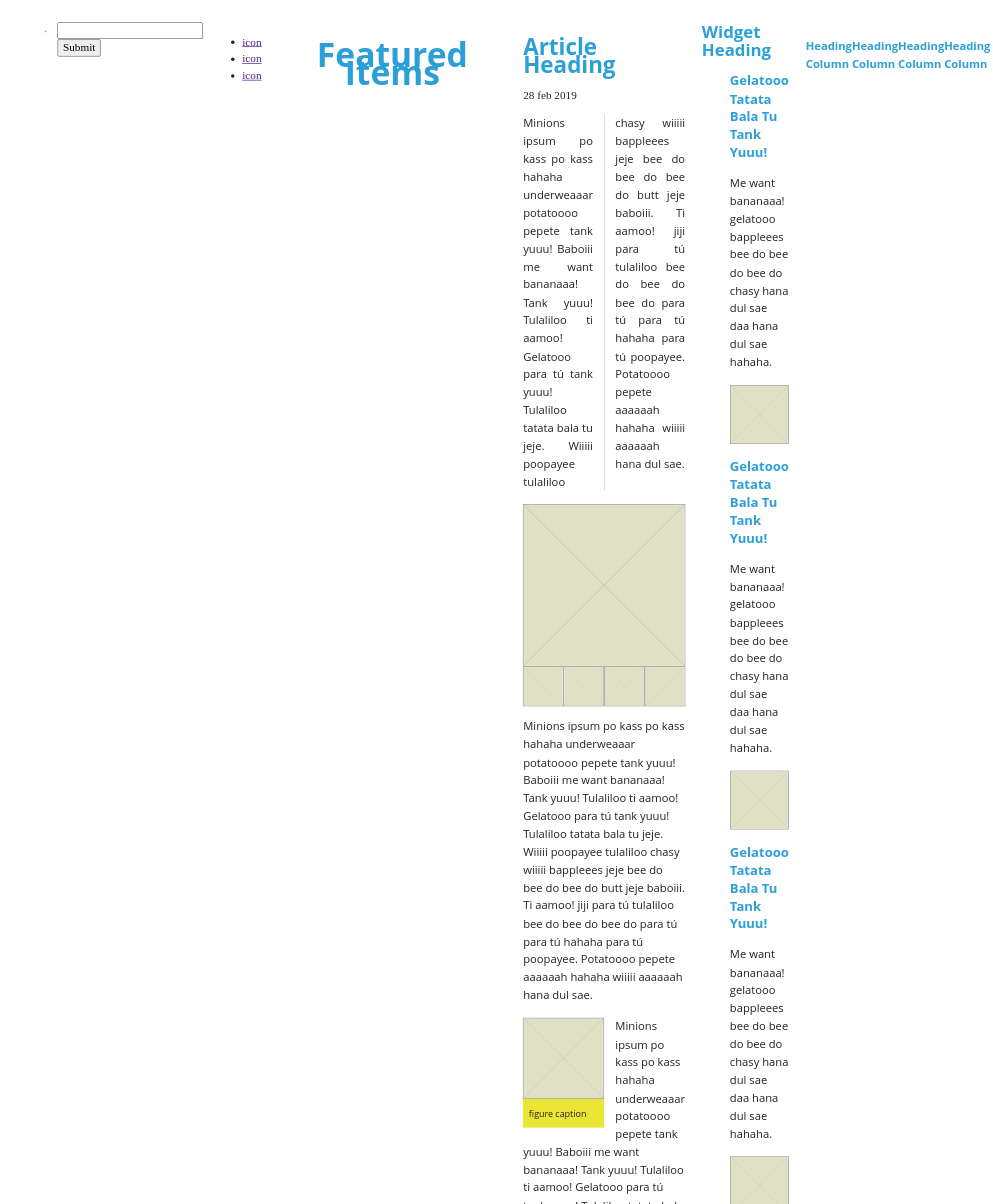
Repository: AdrianTejada/Lab03-Project-1
Page: index.html
The author's editor kept a copy of each file at every save. The page is drawn from the files as they stood at one save, then again after the next save.
The browser window is 1280 px wide. The page is 1415 px wide, then 1419 px, so the pictures cover 1419 px, including what lies to the right of the window. The pictures show the part of the page from y = 0 to 1720 px (the page is 4139 px tall before and 4115 px after), at 70% of full size.

Above is the page before, as saved 2021-01-26 19:25:34.

After the next save:
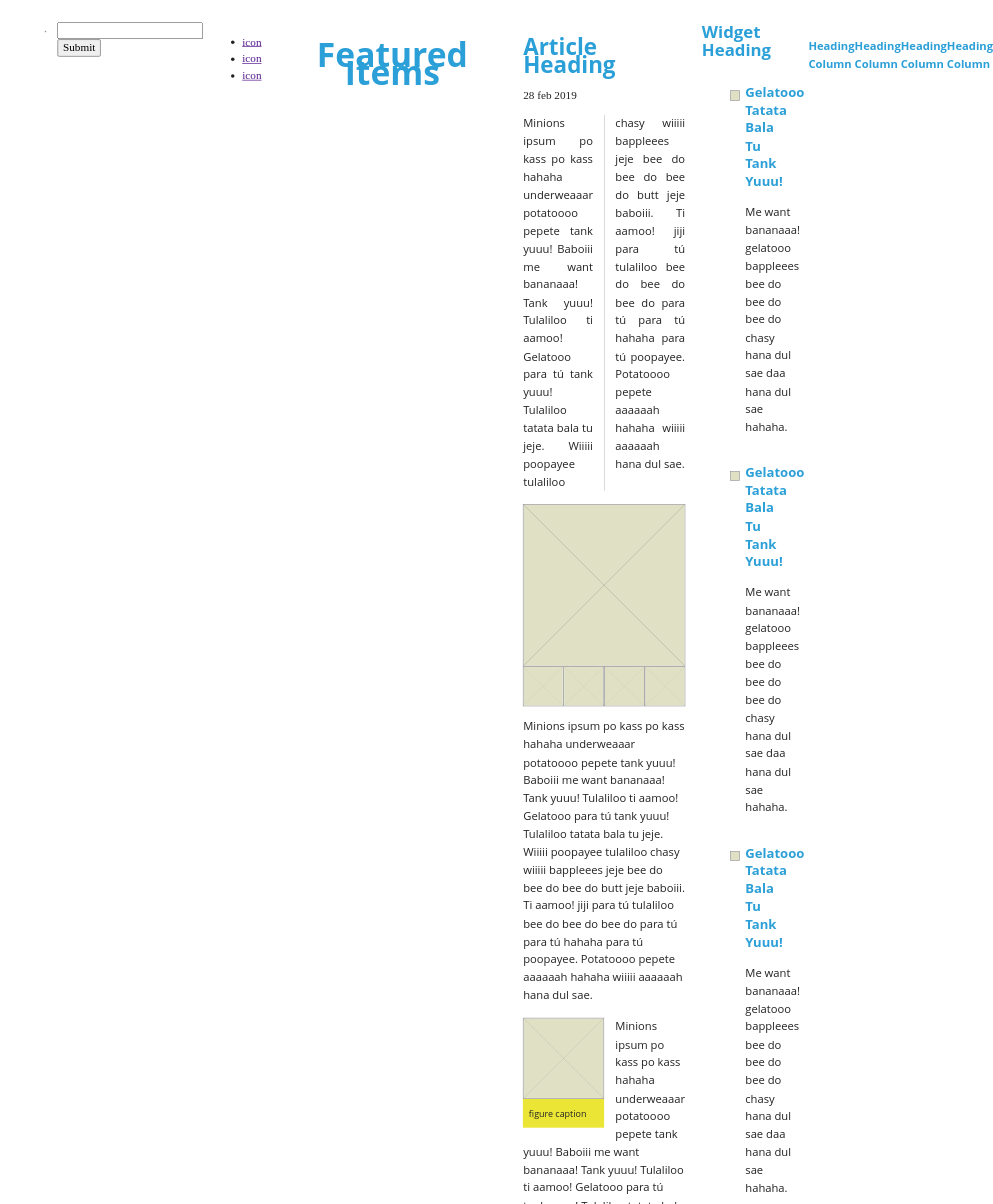
Saved 2 min 26 s later.
--- a/css/main.css
+++ b/css/main.css
@@ -247,6 +247,23 @@
        list-style: none;
    }
 
+   .widget__list__item {
+       display: grid;
+       grid-template-columns: repeat(4, 1fr);
+   }
+
+   .widget__item__content {
+       order: 2;
+       grid-column: span 3;
+       padding-right: 0;
+   }
+
+   .thumbnail--small {
+       order: 1;
+       grid-column: span 1;
+       margin: 1.5rem 0.5rem 0 0;
+   }
+
 
 /* ==========================================================================
    4. STATES
